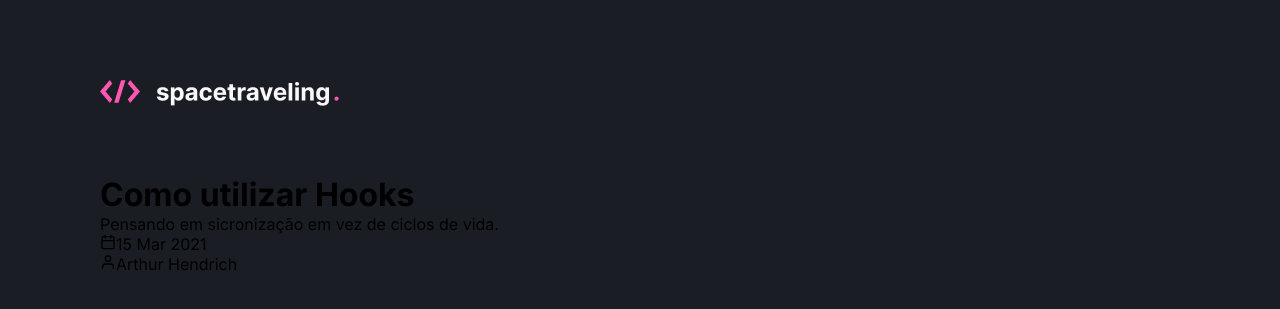
Repository: ArthurHendrich/Ignite-NextJS
Page: /
The author's editor kept a copy of each file at every save. The page is drawn from the files as they stood at one save, then again after the next save.
The browser window is 1280 px wide. The pictures show the whole page.
The project was rebuilt for these pictures with package versions that can differ from the ones it lists, and the page was loaded fresh each time. The framework's server and built-in components were replaced by stand-ins that run in the browser.

Above is the page before, as saved 2022-07-09 15:39:49.

After the next save:
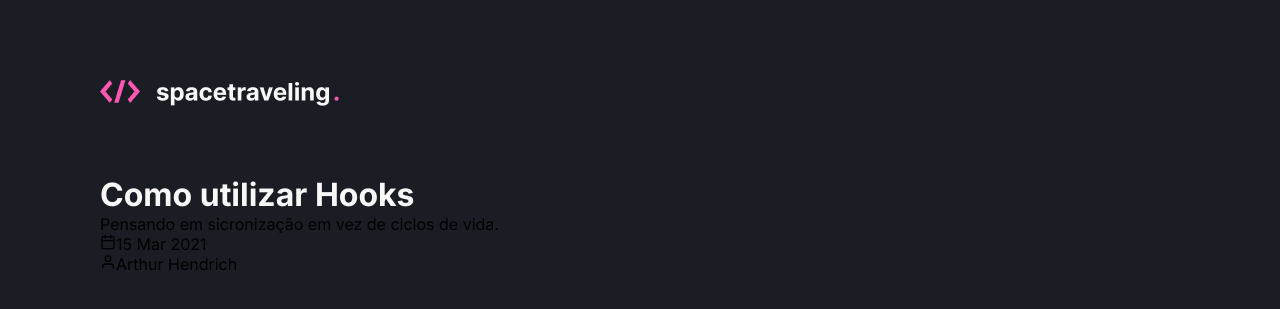
Saved 33 s later.
--- a/src/pages/home.module.scss
+++ b/src/pages/home.module.scss
@@ -1,3 +1,7 @@
 .Container {
   margin-top: 4.0625rem;
+
+  h1 {
+    color: var(--Heading);
+  }
 }
